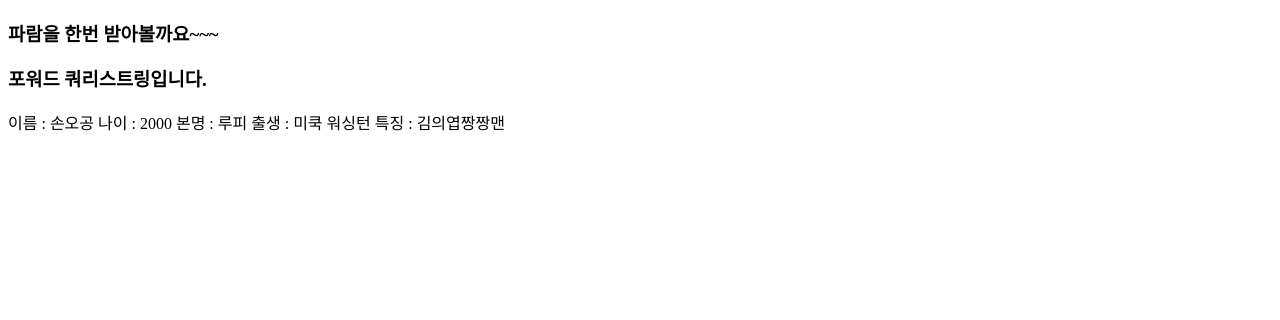
Repository: kimeuiyeob/KOPO_JSP_Study_2
Page: http://localhost/JspStudy/08Action/ParamMain.jsp
These files come from the project's save history. The page is drawn as it stood at one moment and after the next save; the edit follows.
The browser window is 1280 px wide. The pictures show the whole page.
The page is served by Tomcat 9.

Above is the page before, as saved 2023-06-21 06:27:37.

After the next save:
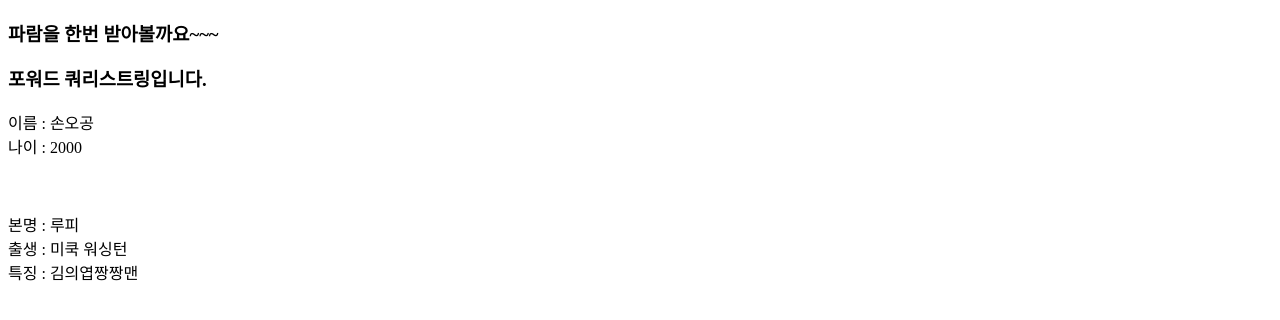
Saved 10 s later.
--- a/JspStudy/src/main/webapp/08Action/ParamForward.jsp
+++ b/JspStudy/src/main/webapp/08Action/ParamForward.jsp
@@ -12,11 +12,11 @@
 <h3>포워드 쿼리스트링입니다.</h3>
 <jsp:useBean id="person" class="common.PersonDTO" scope="request"></jsp:useBean>
 
-이름 : <jsp:getProperty property="name" name="person"/>
-나이 : <jsp:getProperty property="age" name="person"/>
-
-본명 : <%=request.getParameter("param1") %>
-출생 : <%=request.getParameter("param2") %>
-특징 : <%=request.getParameter("param3") %>
+이름 : <jsp:getProperty property="name" name="person"/> <br>
+나이 : <jsp:getProperty property="age" name="person"/> <br>
+<br><br><br>
+본명 : <%=request.getParameter("param1") %> <br>
+출생 : <%=request.getParameter("param2") %> <br>
+특징 : <%=request.getParameter("param3") %> <br>
 </body>
 </html>
